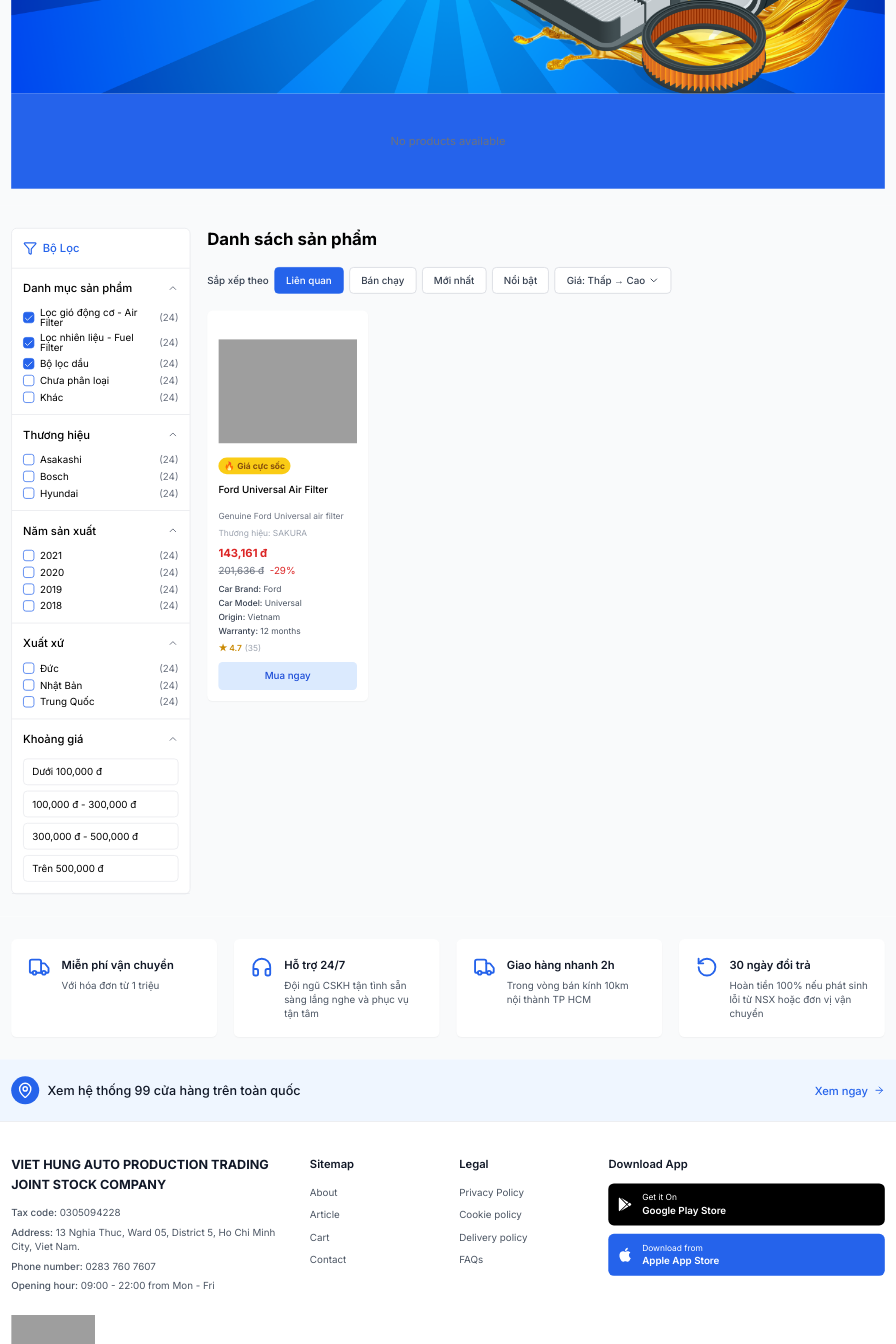
Repository: truonggiang2512/FristRound_Test
Page: /
The author's editor kept a copy of each file at every save. The page is drawn from the files as they stood at one save, then again after the next save.
The browser window is 1280 px wide. The pictures show the part of the page from y = 582 to 2502 px (the page is 2699 px tall), at 70% of full size.
Pictures or frames that could not be fetched are drawn as grey boxes. The page's requests for data from a server got no answer. The project was rebuilt for these pictures with package versions that can differ from the ones it lists, and the page was loaded fresh each time. Some packages were replaced by stand-ins written for this rebuild. The framework's server and built-in components were replaced by stand-ins that run in the browser. No one was signed in, and anything a server would have sent is missing. Also part of the build but not shown: next.config.mjs, components/category-sidebar.tsx, components/category-grid.tsx, components/best-selling-section.tsx, components/mega-menu.tsx, components/cart-item.tsx, components/cart-dropdown.tsx, components/ui/label.tsx and 4 more.

Above is the page before, as saved 2025-05-25 12:34:05.

### app/layout.tsx
import type React from "react"
import "@/app/globals.css"
import { Inter } from "next/font/google"
import { ThemeProvider } from "@/components/theme-provider"
import { Providers } from "@/lib/redux/providers"
import { AuthProvider } from "@/lib/contexts/auth-context"
import { QueryProvider } from "@/lib/providers/query-provider"

const inter = Inter({ subsets: ["latin"] })

export const metadata = {
  title: "SUNFIL - Genuine Filter",
  description: "Quality filters for all your needs",
}

export default function RootLayout({
  children,
}: {
  children: React.ReactNode
}) {
  return (
    <html lang="en" suppressHydrationWarning>
      <body className={inter.className}>
        <ThemeProvider attribute="class" defaultTheme="light" enableSystem disableTransitionOnChange>
          <QueryProvider>
            <Providers>
              <AuthProvider>{children}</AuthProvider>
            </Providers>
          </QueryProvider>
        </ThemeProvider>
      </body>
    </html>
  )
}

### app/page.tsx
import { SiteHeader } from "@/components/site-header"
import { ProductSection } from "@/components/product-section"
import { ServiceFeatures } from "@/components/service-features"
import { StoreLocator } from "@/components/store-locator"
import { SiteFooter } from "@/components/site-footer"
import Link from "next/link"
import { Button } from "@/components/ui/button"
import ProductsPage from "@/components/product-page"

export default function Home() {
  return (
    <main className="min-h-screen">
      <SiteHeader />
      <ProductSection />
      <ProductsPage />
      <ServiceFeatures />
      <StoreLocator />
      <SiteFooter />
    </main>
  )
}

### lib/redux/providers.tsx
"use client"

import type React from "react"

import { Provider } from "react-redux"
import { PersistGate } from "redux-persist/integration/react"
import { store, persistor } from "@/lib/redux/store"

export function Providers({ children }: { children: React.ReactNode }) {
  return (
    <Provider store={store}>
      <PersistGate loading={null} persistor={persistor}>
        {children}
      </PersistGate>
    </Provider>
  )
}

### lib/providers/query-provider.tsx
"use client"

import type React from "react"

import { QueryClient, QueryClientProvider } from "@tanstack/react-query"
import { ReactQueryDevtools } from "@tanstack/react-query-devtools"
import { useState } from "react"

export function QueryProvider({ children }: { children: React.ReactNode }) {
  const [queryClient] = useState(
    () =>
      new QueryClient({
        defaultOptions: {
          queries: {
            staleTime: 5 * 60 * 1000, // Data stays fresh for 5 minutes
            retry: 2, // Retry failed requests 2 times
          },
        },
      }),
  )

  return (
    <QueryClientProvider client={queryClient}>
      {children}
      <ReactQueryDevtools initialIsOpen={false} />
    </QueryClientProvider>
  )
}

### components/product-section.tsx
"use client"
import Image from "next/image"
import { ProductCarousel } from "./product-carousel"
import { useProducts } from "@/lib/hooks/use-products"

export function ProductSection() {
  const { data: products, isLoading, error } = useProducts()
  console.log(products)
  return (
    <div className="bg-gray-50 py-6">
      <div className="container mx-auto px-4">
        {/* Breadcrumb */}
        <nav className="flex mb-4 text-sm">
          <a href="/" className="text-gray-500 hover:text-gray-700">
            Trang chủ
          </a>
          <span className="mx-2 text-gray-500">&gt;</span>
          <a href="/products" className="text-blue-600 font-medium">
            Sản phẩm
          </a>
        </nav>

        <Image width={2000} height={2000} alt="banner" src="/banner.png"></Image>
        {/* Product Carousel */}
        <div className="p-6 bg-blue-600 ">
          <ProductCarousel products={products} />
        </div>
      </div>
    </div>
  )
}

### components/store-locator.tsx
import { MapPin, ArrowRight } from "lucide-react"
import Link from "next/link"

export function StoreLocator() {
  return (
    <div className="bg-blue-50 py-6">
      <div className="container mx-auto px-4">
        <div className="flex items-center justify-between">
          <div className="flex items-center space-x-3">
            <div className="bg-blue-600 rounded-full p-2">
              <MapPin className="h-6 w-6 text-white" />
            </div>
            <span className="text-lg font-medium text-gray-900">Xem hệ thống 99 cửa hàng trên toàn quốc</span>
          </div>
          <Link href="/stores" className="flex items-center space-x-2 text-blue-600 hover:text-blue-700 font-medium">
            <span>Xem ngay</span>
            <ArrowRight className="h-4 w-4" />
          </Link>
        </div>
      </div>
    </div>
  )
}

### components/product-page.tsx
import { SiteHeader } from "@/components/site-header"
import { ProductListing } from "@/components/product-listing"
import { ServiceFeatures } from "@/components/service-features"
import { StoreLocator } from "@/components/store-locator"
import { SiteFooter } from "@/components/site-footer"

export default function ProductsPage() {
  return (
    <main className="min-h-screen bg-gray-50">
      <ProductListing />
    </main>
  )
}

### lib/redux/store.ts
import { configureStore } from "@reduxjs/toolkit"
import { cartReducer } from "@/lib/redux/slices/cartSlice"
import { persistStore, persistReducer, FLUSH, REHYDRATE, PAUSE, PERSIST, PURGE, REGISTER } from "redux-persist"
import storage from "redux-persist/lib/storage"

const persistConfig = {
  key: "root",
  version: 1,
  storage,
  whitelist: ["cart"], // only cart will be persisted
}

const persistedCartReducer = persistReducer(persistConfig, cartReducer)

export const store = configureStore({
  reducer: {
    cart: persistedCartReducer,
  },
  middleware: (getDefaultMiddleware) =>
    getDefaultMiddleware({
      serializableCheck: {
        ignoredActions: [FLUSH, REHYDRATE, PAUSE, PERSIST, PURGE, REGISTER],
      },
    }),
})

export const persistor = persistStore(store)

export type RootState = ReturnType<typeof store.getState>
export type AppDispatch = typeof store.dispatch

### components/ui/input.tsx
import * as React from "react"

import { cn } from "@/lib/utils"

const Input = React.forwardRef<HTMLInputElement, React.ComponentProps<"input">>(
  ({ className, type, ...props }, ref) => {
    return (
      <input
        type={type}
        className={cn(
          "flex h-10 w-full rounded-md border border-input bg-background px-3 py-2 text-base ring-offset-background file:border-0 file:bg-transparent file:text-sm file:font-medium file:text-foreground placeholder:text-muted-foreground focus-visible:outline-none focus-visible:ring-2 focus-visible:ring-ring focus-visible:ring-offset-2 disabled:cursor-not-allowed disabled:opacity-50 md:text-sm",
          className
        )}
        ref={ref}
        {...props}
      />
    )
  }
)
Input.displayName = "Input"

export { Input }

### lib/redux/hooks.ts
import { useDispatch, useSelector } from "react-redux"
import type { TypedUseSelectorHook } from "react-redux"
import type { RootState, AppDispatch } from "@/lib/redux/store"

// Use throughout your app instead of plain `useDispatch` and `useSelector`
export const useAppDispatch: () => AppDispatch = useDispatch
export const useAppSelector: TypedUseSelectorHook<RootState> = useSelector

### components/company-info.tsx
import Image from "next/image"

export function CompanyInfo() {
  return (
    <div className="space-y-4">
      <h3 className="text-lg font-bold text-gray-900 uppercase">
        VIET HUNG AUTO PRODUCTION TRADING JOINT STOCK COMPANY
      </h3>
      <div className="space-y-2 text-sm text-gray-600">
        <p>
          <span className="font-medium">Tax code:</span> 0305094228
        </p>
        <p>
          <span className="font-medium">Address:</span> 13 Nghia Thuc, Ward 05, District 5, Ho Chi Minh City, Viet Nam.
        </p>
        <p>
          <span className="font-medium">Phone number:</span> 0283 760 7607
        </p>
        <p>
          <span className="font-medium">Opening hour:</span> 09:00 - 22:00 from Mon - Fri
        </p>
      </div>
      <div className="pt-4">
        <Image
          src="/placeholder.svg?height=60&width=120"
          alt="Certification Badge"
          width={120}
          height={60}
          className="object-contain"
        />
      </div>
    </div>
  )
}

### components/back-to-top.tsx
"use client"

import { useState, useEffect } from "react"
import { ChevronUp } from "lucide-react"
import { Button } from "@/components/ui/button"

export function BackToTop() {
  const [isVisible, setIsVisible] = useState(false)

  useEffect(() => {
    const toggleVisibility = () => {
      if (window.pageYOffset > 300) {
        setIsVisible(true)
      } else {
        setIsVisible(false)
      }
    }

    window.addEventListener("scroll", toggleVisibility)
    return () => window.removeEventListener("scroll", toggleVisibility)
  }, [])

  const scrollToTop = () => {
    window.scrollTo({
      top: 0,
      behavior: "smooth",
    })
  }

  if (!isVisible) {
    return null
  }

  return (
    <Button
      onClick={scrollToTop}
      className="fixed bottom-6 right-6 rounded-full w-12 h-12 bg-white border border-gray-300 text-gray-600 hover:bg-gray-50 shadow-lg z-50"
      size="icon"
    >
      <ChevronUp className="h-5 w-5" />
    </Button>
  )
}

### components/product-listing.tsx
import { CategoryTabs } from "@/components/category-tabs"
import { SortOptions } from "@/components/sort-options"
import { FilterSidebar } from "@/components/filter-sidebar"
import { ProductGrid } from "./product-grid"

// Sample data
const categories = [
  { id: "all", name: "Tất cả" },
  { id: "air-filter", name: "Lọc gió động cơ" },
  { id: "fuel-filter", name: "Lọc nhiên liệu" },
  { id: "oil-filter", name: "Lọc dầu" },
  { id: "cabin-filter", name: "Lọc gió điều hòa" },
]

const sortOptions = [
  { id: "relevant", name: "Liên quan" },
  { id: "bestseller", name: "Bán chạy" },
  { id: "newest", name: "Mới nhất" },
  { id: "popular", name: "Nổi bật" },
]

const filterGroups = [
  {
    id: "categories",
    title: "Danh mục sản phẩm",
    options: [
      { id: "air-filter", label: "Lọc gió động cơ - Air Filter", count: 24, checked: true },
      { id: "fuel-filter", label: "Lọc nhiên liệu - Fuel Filter", count: 24, checked: true },
      { id: "oil-filter", label: "Bộ lọc dầu", count: 24, checked: true },
      { id: "uncategorized", label: "Chưa phân loại", count: 24 },
      { id: "other", label: "Khác", count: 24 },
    ],
  },
  {
    id: "brands",
    title: "Thương hiệu",
    options: [
      { id: "asakashi", label: "Asakashi", count: 24 },
      { id: "bosch", label: "Bosch", count: 24 },
      { id: "hyundai", label: "Hyundai", count: 24 },
    ],
  },
  {
    id: "year",
    title: "Năm sản xuất",
    options: [
      { id: "2021", label: "2021", count: 24 },
      { id: "2020", label: "2020", count: 24 },
      { id: "2019", label: "2019", count: 24 },
      { id: "2018", label: "2018", count: 24 },
    ],
  },
  {
    id: "origin",
    title: "Xuất xứ",
    options: [
      { id: "germany", label: "Đức", count: 24 },
      { id: "japan", label: "Nhật Bản", count: 24 },
      { id: "korea", label: "Trung Quốc", count: 24 },
    ],
  },
]

const priceRanges = [
  { id: "under-100k", label: "Dưới 100,000 đ", max: 100000 },
  { id: "100k-300k", label: "100,000 đ - 300,000 đ", min: 100000, max: 300000 },
  { id: "300k-500k", label: "300,000 đ - 500,000 đ", min: 300000, max: 500000 },
  { id: "over-500k", label: "Trên 500,000 đ", min: 500000 },
]

// Helper to map DB product to ProductCard/ProductGrid props
function mapProductFromDB(dbProduct: any) {
  return {
    _id: dbProduct._id,
    name: dbProduct.name,
    images: dbProduct.images,
    price: dbProduct.price,
    comparePrice: dbProduct.comparePrice,
    shortDescription: dbProduct.shortDescription,
    attributes: dbProduct.attributes,
    ratings: dbProduct.ratings,
    brand: dbProduct.brand,
    badge: dbProduct.isFeatured ? "Nổi bật" : undefined,
  }
}

// Sample DB product data
const productsFromDB = [
  {
    _id: "68328e9e6b7490884dc9afb2",
    name: "Ford Universal Air Filter",
    slug: "ford-universal-air-filter-0",
    description: "Genuine Ford Universal air filter, high quality to protect engine optimally",
    shortDescription: "Genuine Ford Universal air filter",
    sku: "AIR-FILTER-FOR-001",
    price: 143161,
    comparePrice: 201636,
    stock: 62,
    images: ["/placeholder.svg?height=400&width=400"],
    categoryId: "68328e9e6b7490884dc9afb0",
    brand: "SAKURA",
    weight: 1.5172273155247904,
    dimensions: {
      length: 29.448051213888128,
      width: 11.730423988688505,
      height: 19.706525347700357,
      unit: "cm"
    },
    attributes: [
      { name: "Car Brand", value: "Ford" },
      { name: "Car Model", value: "Universal" },
      { name: "Origin", value: "Vietnam" },
      { name: "Warranty", value: "12 months" }
    ],
    isActive: true,
    isFeatured: false,
    tags: ["ford", "universal", "air-filter", "genuine"],
    ratings: { average: 4.73, count: 35 },
    createdAt: "2025-05-25T03:29:34.371Z",
    updatedAt: "2025-05-25T03:29:34.371Z"
  },
  // ... more products
]

export function ProductListing() {
  const products = productsFromDB.map(mapProductFromDB)
  return (
    <div className="container mx-auto px-4 py-8">
      <div className="flex flex-col lg:flex-row gap-6">
        {/* Filter sidebar */}
        <div className="w-full lg:w-64 flex-shrink-0">
          <FilterSidebar filterGroups={filterGroups} priceRanges={priceRanges} />
        </div>
        {/* Product listing */}
        <div className="flex-1">
          <div className="flex ">
            <h1 className="text-2xl font-bold mb-6">Danh sách sản phẩm</h1>
          </div>
          {/* Sort options */}
          <div className="mb-6">
            <SortOptions options={sortOptions} defaultOption="relevant" />
          </div>
          {/* Product grid */}
          <ProductGrid products={products} />
        </div>
      </div>
    </div>
  )
}

### lib/api/client.ts
const API_BASE_URL = "/api"

export const apiClient = {
  post: async (url: string, data?: any) => {
    const response = await fetch(`${API_BASE_URL}${url}`, {
      method: "POST",
      headers: {
        "Content-Type": "application/json",
      },
      credentials: "include", // send cookies (optional, if you use cookies)
      body: JSON.stringify(data),
    })

    if (!response.ok) {
      const errorBody = await response.json().catch(() => null)
      throw new Error(errorBody?.message || `API Error: ${response.status}`)
    }

    return response.json()
  },

  get: async (url: string) => {
    const response = await fetch(`${API_BASE_URL}${url}`, {
      credentials: "include",
    })

    if (!response.ok) {
      throw new Error(`API Error: ${response.status}`)
    }

    return response.json()
  },
}

### components/product-grid.tsx
import { ProductCard } from "./product-card"

interface Product {
  _id: string
  name: string
  images: string[]
  price: number
  comparePrice?: number
  shortDescription?: string
  attributes?: { name: string; value: string }[]
  ratings?: { average: number; count: number }
  brand?: string
  badge?: string
}

interface ProductGridProps {
  products: Product[]
}

export function ProductGrid({ products }: ProductGridProps) {
  return (
    <div className="grid grid-cols-1 sm:grid-cols-2 lg:grid-cols-3 xl:grid-cols-4 gap-4">
      {products.map((product) => (
        <ProductCard key={product._id} {...product} />
      ))}
    </div>
  )
}

Loaded but not shown: components/theme-provider.tsx (common file); lib/utils.ts (common file); tailwind.config.ts (common file); components/site-header.tsx (262 lines, source omitted); components/filter-sidebar.tsx (143 lines, source omitted); components/auth/user-menu.tsx (117 lines, source omitted); lib/contexts/auth-context.tsx (140 lines, source omitted); components/product-card.tsx (110 lines, source omitted); components/product-carousel.tsx (117 lines, source omitted); lib/hooks/use-products.ts (108 lines, source omitted); components/sort-options.tsx (79 lines, source omitted); lib/redux/slices/cartSlice.ts (77 lines, source omitted); components/app-download.tsx (37 lines, source omitted); components/language-selector.tsx (56 lines, source omitted); components/ui/button.tsx (56 lines, source omitted); app/globals.css (76 lines, source omitted); components/service-features.tsx (53 lines, source omitted); components/site-footer.tsx (40 lines, source omitted); components/footer-links.tsx (51 lines, source omitted); lib/utils/logger.ts (54 lines, source omitted); components/ui/checkbox.tsx (30 lines, source omitted)

After the next save:
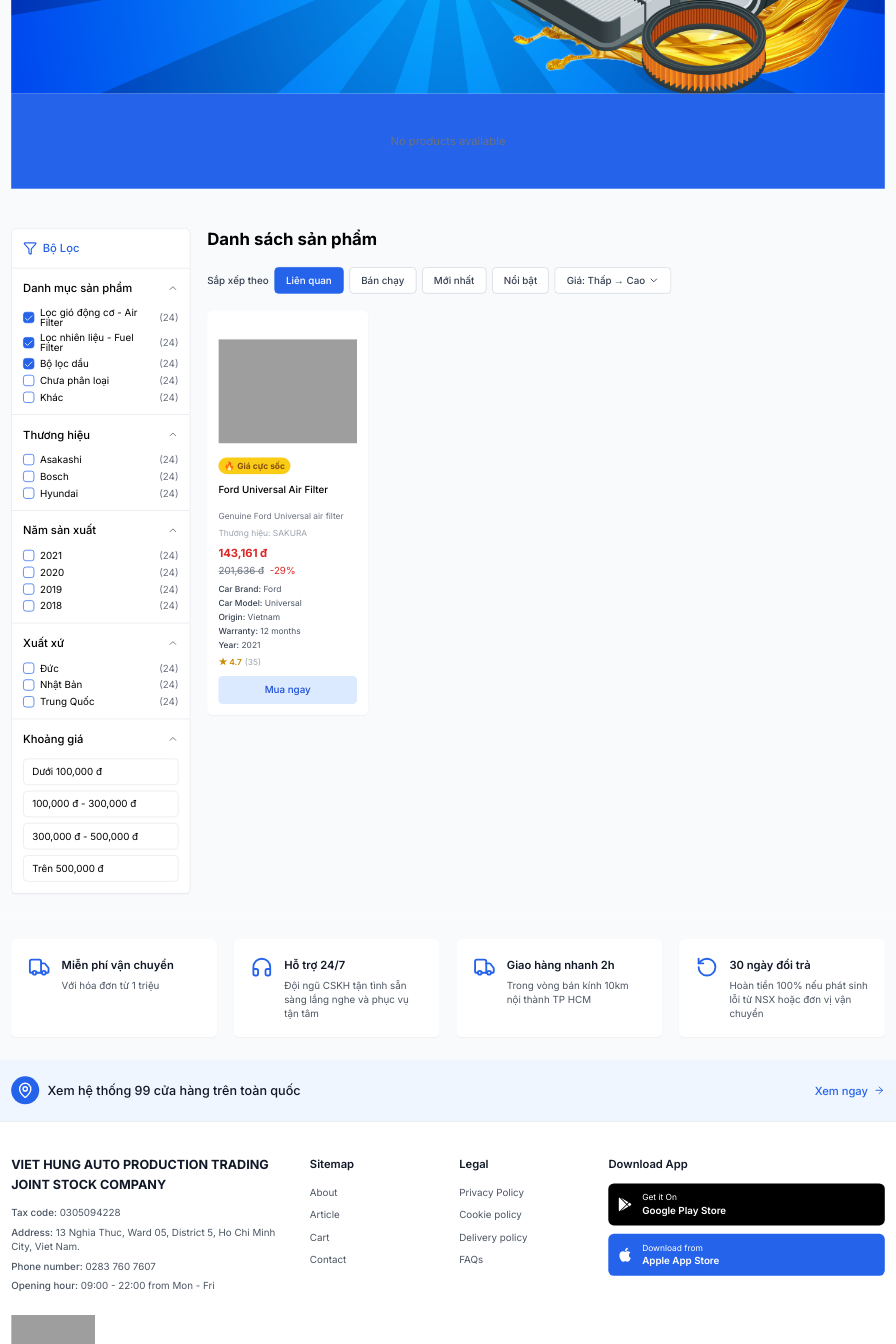
Saved 6 min 11 s later.
--- a/components/product-listing.tsx
+++ b/components/product-listing.tsx
@@ -2,6 +2,7 @@
 import { SortOptions } from "@/components/sort-options"
 import { FilterSidebar } from "@/components/filter-sidebar"
 import { ProductGrid } from "./product-grid"
+import { useState } from "react"
 
 // Sample data
 const categories = [
@@ -81,6 +82,10 @@
     ratings: dbProduct.ratings,
     brand: dbProduct.brand,
     badge: dbProduct.isFeatured ? "Nổi bật" : undefined,
+    categoryId: dbProduct.categoryId,
+    tags: dbProduct.tags,
+    origin: dbProduct.attributes?.find((a: any) => a.name === "Origin")?.value,
+    year: dbProduct.attributes?.find((a: any) => a.name === "Year")?.value,
   }
 }
 
@@ -97,7 +102,7 @@
     comparePrice: 201636,
     stock: 62,
     images: ["/placeholder.svg?height=400&width=400"],
-    categoryId: "68328e9e6b7490884dc9afb0",
+    categoryId: "air-filter",
     brand: "SAKURA",
     weight: 1.5172273155247904,
     dimensions: {
@@ -110,7 +115,8 @@
       { name: "Car Brand", value: "Ford" },
       { name: "Car Model", value: "Universal" },
       { name: "Origin", value: "Vietnam" },
-      { name: "Warranty", value: "12 months" }
+      { name: "Warranty", value: "12 months" },
+      { name: "Year", value: "2021" },
     ],
     isActive: true,
     isFeatured: false,
@@ -123,13 +129,99 @@
 ]
 
 export function ProductListing() {
+  // Filter state
+  const [activeFilters, setActiveFilters] = useState<{ [groupId: string]: Set<string> }>({})
+  const [activePriceRange, setActivePriceRange] = useState<string | null>(null)
+
   const products = productsFromDB.map(mapProductFromDB)
+
+  // Filtering logic
+  const filteredProducts = products.filter((product) => {
+    // Category, brand, year, origin, tags, etc.
+    for (const group of filterGroups) {
+      const active = activeFilters[group.id]
+      if (active && active.size > 0) {
+        if (group.id === "categories" && !active.has(product.categoryId)) return false
+        if (group.id === "brands" && product.brand && !active.has(product.brand.toLowerCase())) return false
+        if (group.id === "year" && product.year && !active.has(product.year)) return false
+        if (group.id === "origin" && product.origin && !active.has(product.origin.toLowerCase())) return false
+      }
+    }
+    // Price range
+    if (activePriceRange) {
+      const range = priceRanges.find((r) => r.id === activePriceRange)
+      if (range) {
+        if (typeof range.min === "number" && product.price < range.min) return false
+        if (typeof range.max === "number" && product.price > range.max) return false
+      }
+    }
+    return true
+  })
+
+  // Handlers
+  const handleFilterChange = (groupId: string, optionId: string, checked: boolean) => {
+    setActiveFilters((prev) => {
+      const set = new Set(prev[groupId] || [])
+      if (checked) set.add(optionId)
+      else set.delete(optionId)
+      return { ...prev, [groupId]: set }
+    })
+  }
+  const handlePriceRangeChange = (rangeId: string) => {
+    setActivePriceRange(rangeId)
+  }
+  const handleClearFilters = () => {
+    setActiveFilters({})
+    setActivePriceRange(null)
+  }
+
+  // Active filter chips
+  const activeChips: { label: string; onRemove: () => void }[] = []
+  filterGroups.forEach((group) => {
+    const active = activeFilters[group.id]
+    if (active && active.size > 0) {
+      group.options.forEach((option) => {
+        if (active.has(option.id)) {
+          activeChips.push({
+            label: option.label,
+            onRemove: () => handleFilterChange(group.id, option.id, false),
+          })
+        }
+      })
+    }
+  })
+  if (activePriceRange) {
+    const range = priceRanges.find((r) => r.id === activePriceRange)
+    if (range) {
+      activeChips.push({
+        label: range.label,
+        onRemove: () => setActivePriceRange(null),
+      })
+    }
+  }
+
   return (
     <div className="container mx-auto px-4 py-8">
       <div className="flex flex-col lg:flex-row gap-6">
         {/* Filter sidebar */}
-        <div className="w-full lg:w-64 flex-shrink-0">
-          <FilterSidebar filterGroups={filterGroups} priceRanges={priceRanges} />
+        <div className="w-full lg:w-64 flex-shrink-0 lg:sticky lg:top-24 h-fit">
+          <FilterSidebar
+            filterGroups={filterGroups}
+            priceRanges={priceRanges}
+            onFilterChange={handleFilterChange}
+            onPriceRangeChange={handlePriceRangeChange}
+          />
+          {(activeChips.length > 0) && (
+            <div className="flex flex-wrap gap-2 mt-4">
+              {activeChips.map((chip, idx) => (
+                <span key={idx} className="bg-blue-100 text-blue-700 px-3 py-1 rounded-full text-xs flex items-center gap-1">
+                  {chip.label}
+                  <button onClick={chip.onRemove} className="ml-1 text-blue-500 hover:text-red-500">×</button>
+                </span>
+              ))}
+              <button onClick={handleClearFilters} className="ml-2 text-xs text-gray-500 underline hover:text-blue-600">Xóa tất cả</button>
+            </div>
+          )}
         </div>
         {/* Product listing */}
         <div className="flex-1">
@@ -141,7 +233,7 @@
             <SortOptions options={sortOptions} defaultOption="relevant" />
           </div>
           {/* Product grid */}
-          <ProductGrid products={products} />
+          <ProductGrid products={filteredProducts} />
         </div>
       </div>
     </div>
